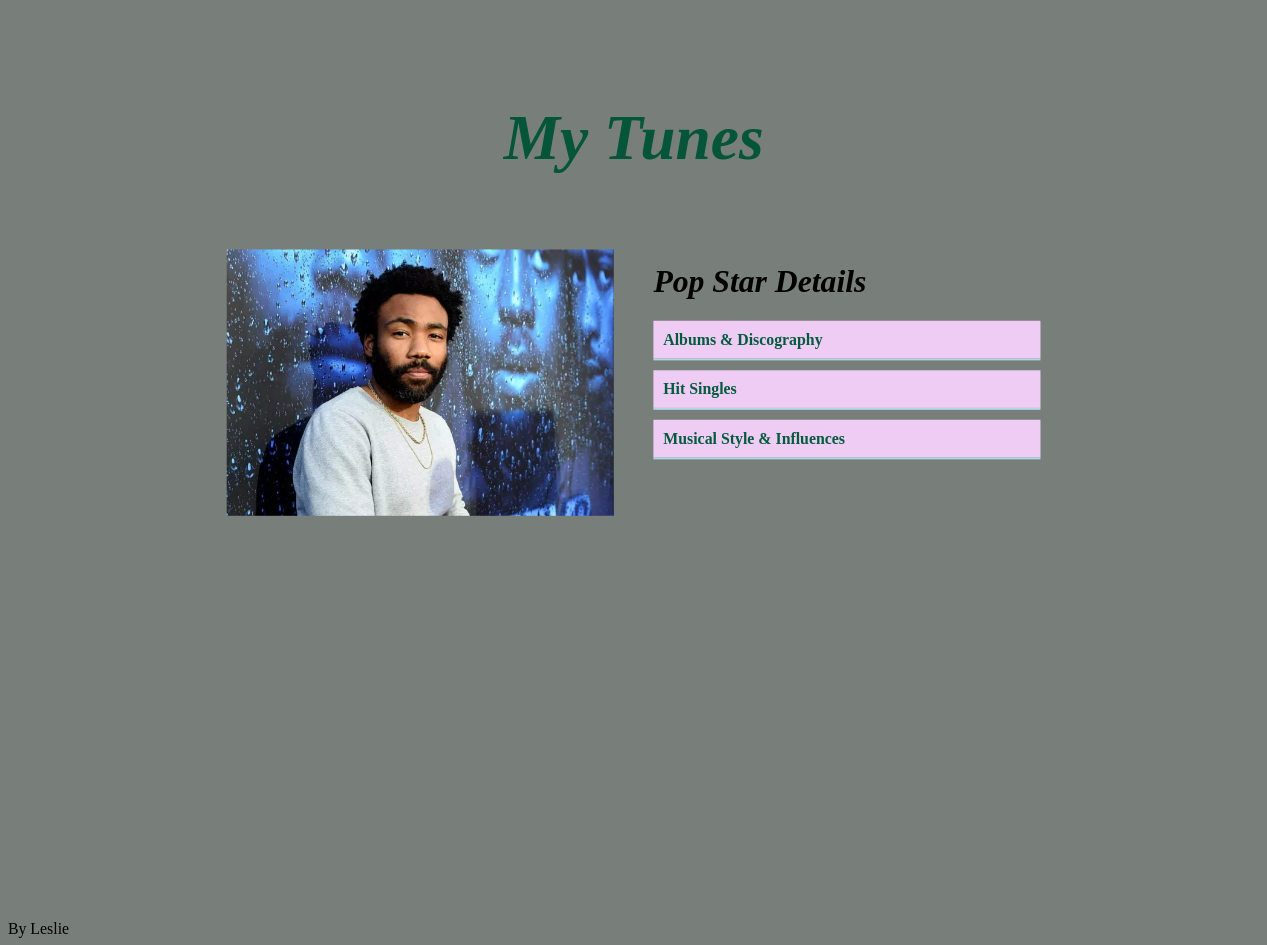
Repository: leslie179/labOne
Page: /
The author's editor kept a copy of each file at every save. The page is drawn from the files as they stood at one save, then again after the next save.
The browser window is 1280 px wide. The pictures show the whole page, at 99% of full size.
The project was rebuilt for these pictures with package versions that can differ from the ones it lists, and the page was loaded fresh each time. The framework's server and built-in components were replaced by stand-ins that run in the browser. Also part of the build but not shown: next.config.js, components/Footer/Footer.module.css.

Above is the page before, as saved 2024-09-15 22:46:55.

### pages/index.js
import Head from 'next/head'
import styles from '@/styles/Home.module.css'
import Footer from '@/components/Footer'
import Header from '@/components/Header'
import LeftComponent from '@/components/LeftComponent'
import RightComponent from '@/components/RightComponent'

export default function Home() {
  return (
    <>
      <Head>
        <title>Create Next App</title>
        <meta name="description" content="Generated by create next app" />
        <meta name="viewport" content="width=device-width, initial-scale=1" />
        <link rel="icon" href="/favicon.ico" />
      </Head>
      <Header/>
      <main className={`${styles.main}`}>
      <div className={styles.container}>
      <div className={styles.left}>
                <LeftComponent />
            </div>
            <div className={styles.right}>
              <h1 className={styles.h1}>Pop Star Details</h1>
                <RightComponent />
            </div>
            </div>
      </main>
      <Footer/>
    </>
  )
}

### styles/globals.css
:root {
  background-color: rgb(120, 126, 122);

}

a {
  color: inherit;
  text-decoration: none;

}

### styles/Home.module.css
.main {
  display: flex;
  flex-direction: column;
  justify-content: space-between;
  align-items: center;
  padding: 1rem;
  min-height: 20vh;
}

.container {
  display: flex;
  width: 70%;
  height: 100vh;

}

.left, .right {
  width: 50%;
  padding: 20px;
  box-sizing: border-box;
}



.h1{
  padding-top: 8%;
  font-style: italic;
}

### components/Footer/index.js
import styles from "./Footer.module.css"

export default function Footer() {
    return(
        <footer className={styles.Footer}>
            By Leslie
        </footer>
    )
}

### components/Header/index.js
import styles from './Header.module.css';


export default function Header() {
    return (
        <header className={styles.header}>
            <h1>My Tunes</h1>
        </header>
    );
}

### components/LeftComponent/index.js
import styles from './LeftComponent.module.css';

export default function LeftComponent() {
    return (
        <div>
            <img src="childish_icon.jpg" alt="Childish Icon" className={styles.image} />
        </div>
    );
}

### components/RightComponent/index.js
import { useState } from 'react';
import styles from './RightComponent.module.css';

export default function RightComponent() {
    const [activeIndex, setActiveIndex] = useState(null);

    const toggleAccordion = (index) => {
        setActiveIndex(activeIndex === index ? null : index);
    };

    const categories = [
        {
            title: 'Albums & Discography',
            content: '"Camp" \n"Because the Internet" \n"Awaken, My Love!"'
        },
        {
            title: 'Hit Singles',
            content: '"3005"\n "Redbone"\n "This Is America" which won Grammys for its cultural impact.'
        },
        {
            title: 'Musical Style & Influences',
            content: 'Blend of hip hop, soul, funk, and rock, drawing influence from Prince, OutKast, and more.'
        }
    ];

    return (
        <div className={styles.accordion}>
            {categories.map((category, index) => (
                <div key={index} className={styles.item}>
                    <div className={styles.title} onClick={() => toggleAccordion(index)}>
                        {category.title}
                    </div>
                    <div className={`${styles.content} ${activeIndex === index ? styles.show : ''}`}>
                        <p>{category.content.split('\n').map((line, i) => (
                            <span key={i}>{line}<br /></span>
                        ))}</p>
                    </div>
                </div>
            ))}
        </div>
    );
}

### components/Header/Header.module.css
.header {
    text-align: center;
    padding-top: 7.5%;
  }

  .header h1 {
    margin: 0;
    padding: 0;
    font-size: 4rem;
    font-style: italic;
    color: rgb(4, 85, 58);
  }

### components/LeftComponent/LeftComponent.module.css
.left {
    width: 50%;
    background-color: lightgray;
    padding: 20px;
    box-sizing: border-box;
    height: 100vh;
    float: left;
}

.image{
    width: 100%;
    padding-top: 10%;
}

### components/RightComponent/RightComponent.module.css
.right {
    width: 50%;
    padding: 20px;

    box-sizing: border-box;
    height: 100vh;
    float: right;
}


.item {
    border-bottom: 2.5px solid lightblue;
    margin-bottom: 10px;
}

.title {
    cursor: pointer;
    padding: 10px;
    background-color: #eeccf4;
    color: rgb(3, 91, 62);
    font-weight: bold;
}

.content {
    max-height: 0;
    overflow: hidden;
    transition: max-height 0.3s ease-out;
}

.show {
    max-height: 100px;
}

Loaded but not shown: pages/_app.js (common file); pages/_document.js (common file)

After the next save:
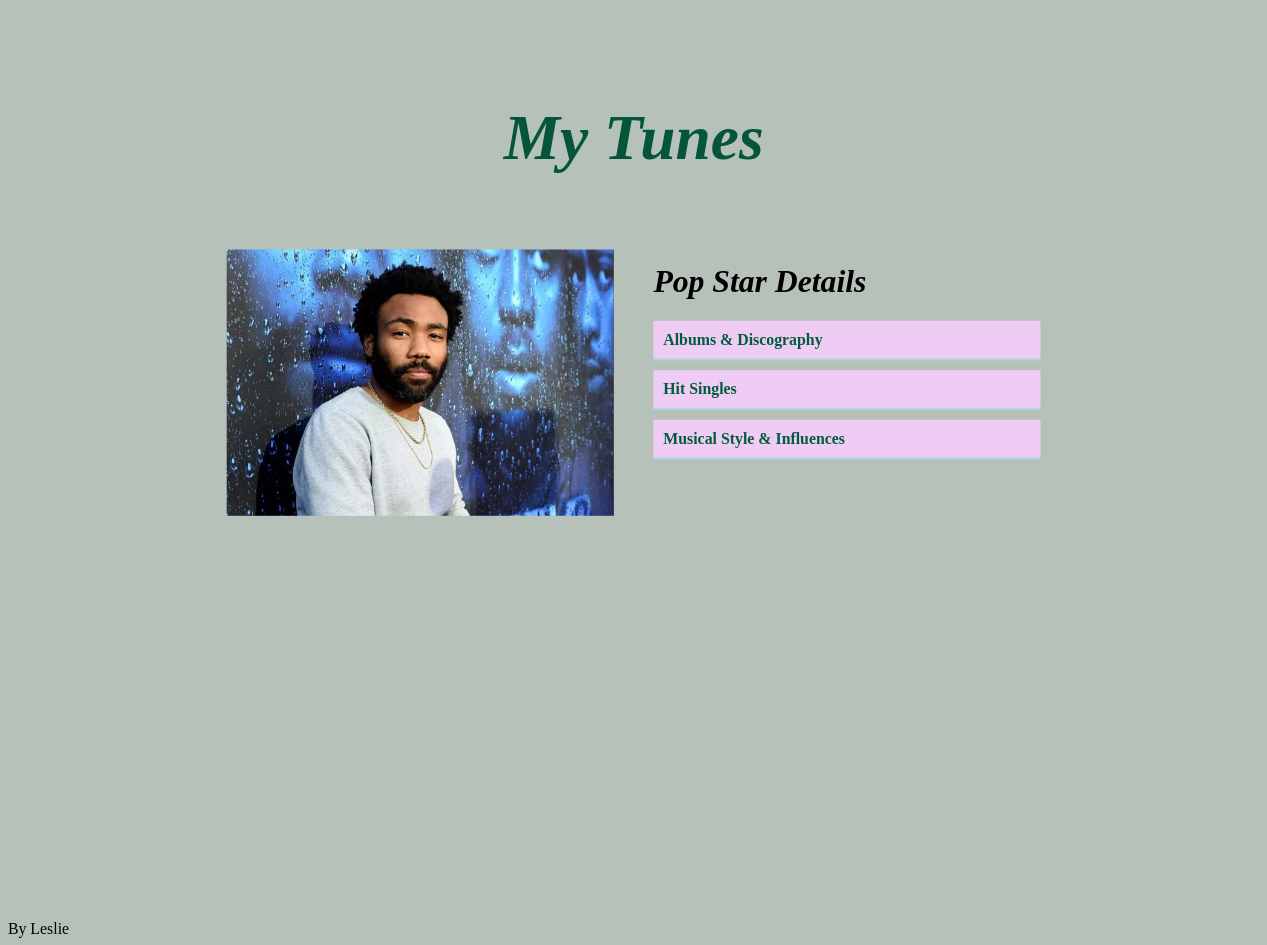
Saved 6 s later.
--- a/styles/globals.css
+++ b/styles/globals.css
@@ -1,5 +1,5 @@
 :root {
-  background-color: rgb(120, 126, 122);
+  background-color: rgb(182, 193, 185);
 
 }
 
